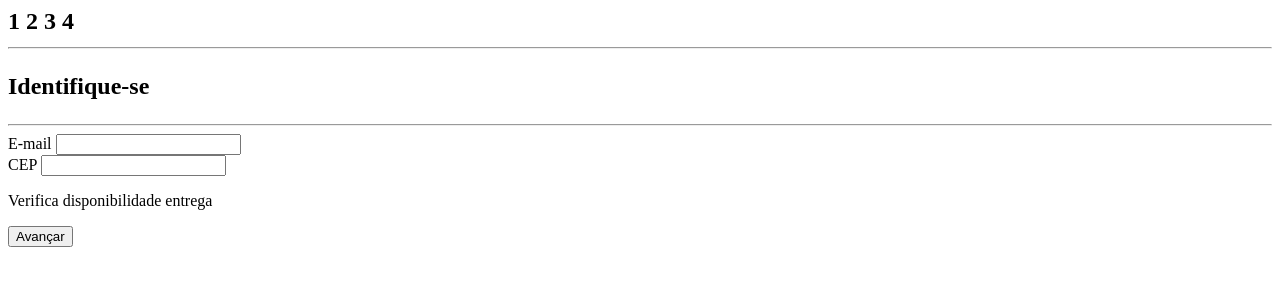
Repository: organicos/organicos.github.io
Page: compra/step_1.html
The author's editor kept a record of every edit. The page is drawn from the files as they stood at one moment, then again after the next edit.
The browser window is 1280 px wide. The pictures show the whole page.

Above is the page before.

### compra/step_1.html
<div id="buy_step_1" class="row">
	<div class="col-lg-offset-8 col-lg-8 col-sm-offset-0 col-sm-24 text-left background-success">
	    <h2 class="text-center">
    	    <span class="label label-1">1</span>
    	    <span class="label label-default">2</span>
    	    <span class="label label-default">3</span>
    	    <span class="label label-default">4</span>

    	    <hr>

            <p>Identifique-se</p>
        </h3>

        <hr>

        <form class="form">

            <div class="form-group">
                <label for="email">E-mail</label>
                <input class="form-control" type="text" name="email" />
            </div>

            <div class="form-group">
                <label for="cep">CEP</label>
                <input class="form-control" type="text" name="cep" />
            </div>

            <p>Verifica disponibilidade entrega</p>

            <div class="form-group">
                <button class="btn btn-success" type="submit" name="buy_step_2">Avançar</button>
            </div>

        </form>

	</div>
</div>

After the next edit:
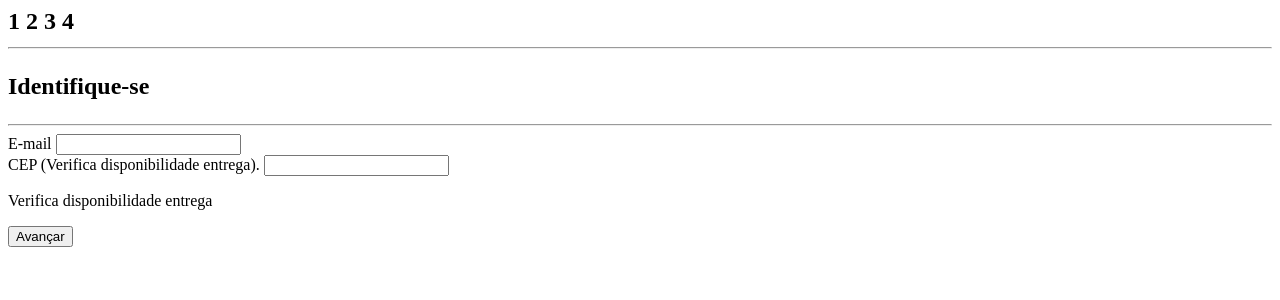
The edit:
--- a/compra/step_1.html
+++ b/compra/step_1.html
@@ -21,7 +21,7 @@
             </div>
 
             <div class="form-group">
-                <label for="cep">CEP</label>
+                <label for="cep">CEP (Verifica disponibilidade entrega).</label>
                 <input class="form-control" type="text" name="cep" />
             </div>
 
